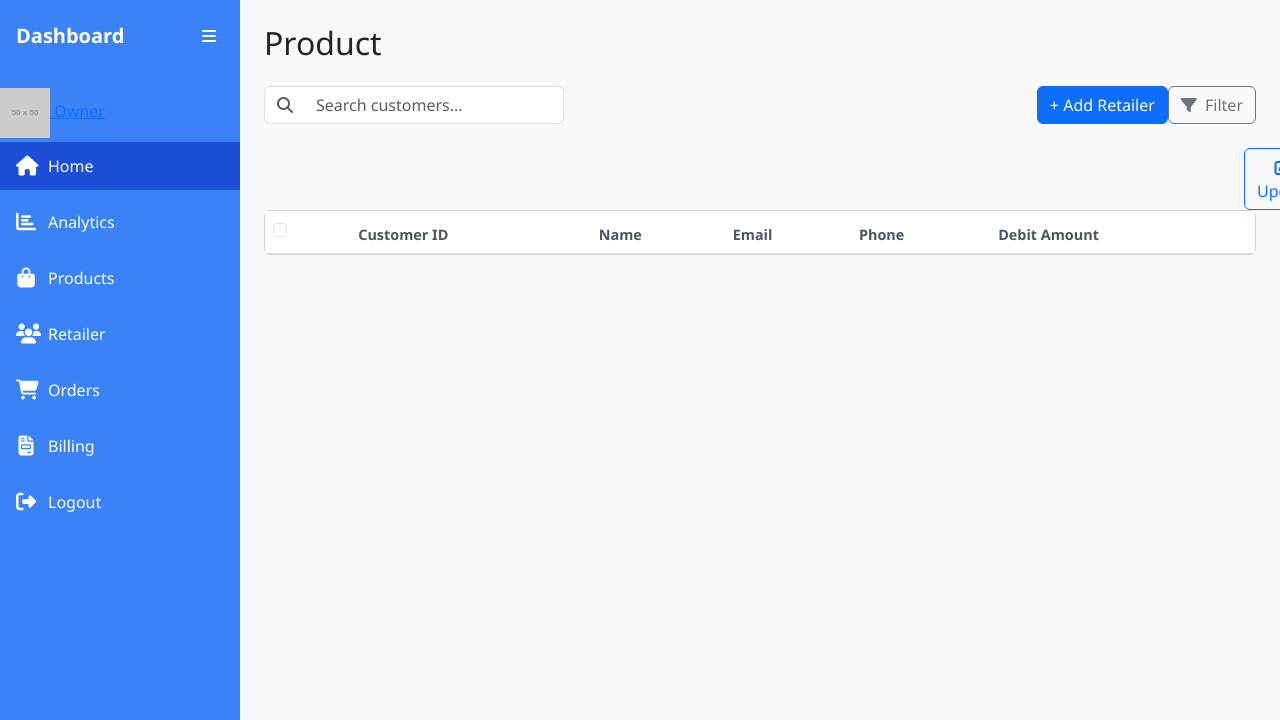
Repository: AditiAjitSalvi/Inventory_Managment
Page: http://localhost/Inventory/Product.jsp
The author's editor kept a copy of each file at every save. The page is drawn from the files as they stood at one save, then again after the next save.
The browser window is 1280 px wide. The pictures show the whole page.
The page is served by Tomcat 9. Queries for data that is not in the repository find no rows.

Above is the page before, as saved 2025-06-01 13:01:54.

After the next save:
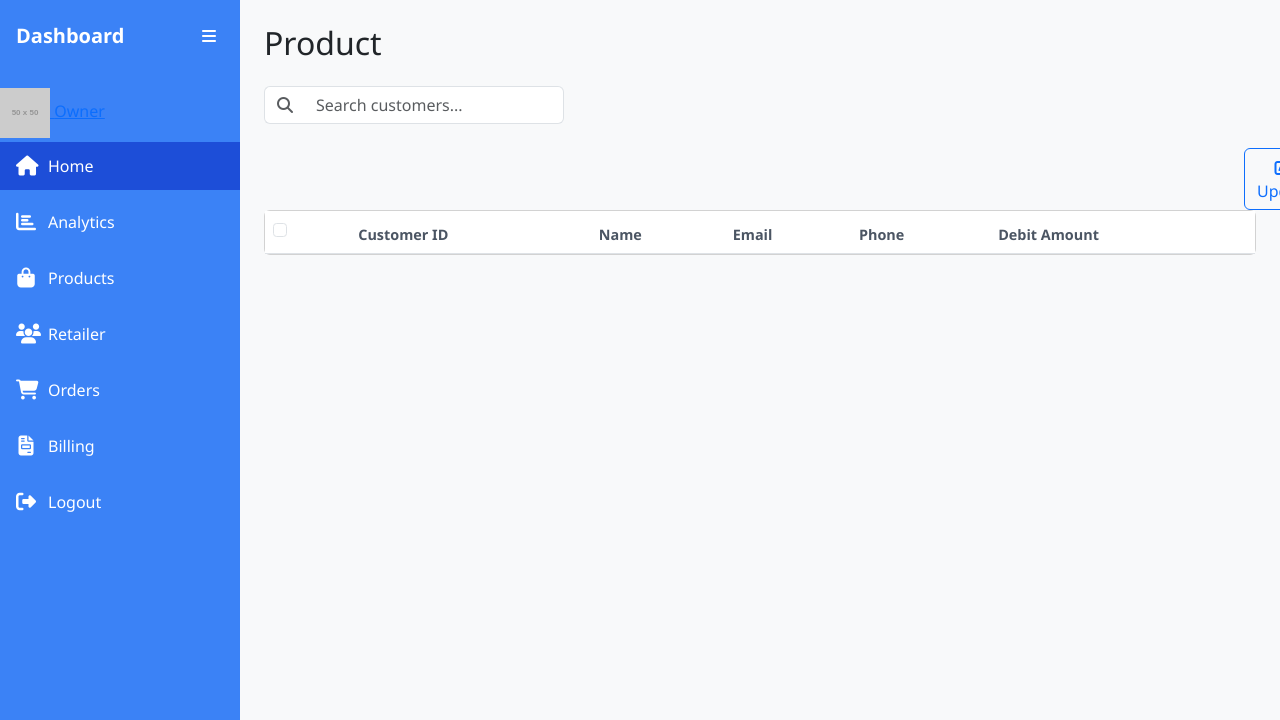
Saved 8 s later.
--- a/Inventory_Managment_System/Inventory/src/main/webapp/Product.jsp
+++ b/Inventory_Managment_System/Inventory/src/main/webapp/Product.jsp
@@ -302,10 +302,7 @@ body {
 						</div>
 					</div>
 					<div class="d-flex">
-						<button class="btn btn-primary">+ Add Retailer</button>
-
-						<button class="btn btn-outline-secondary">
-							<i class="fa fa-filter me-1"></i> <span>Filter</span>
+
 						</button>
 					</div>
 				</div>
